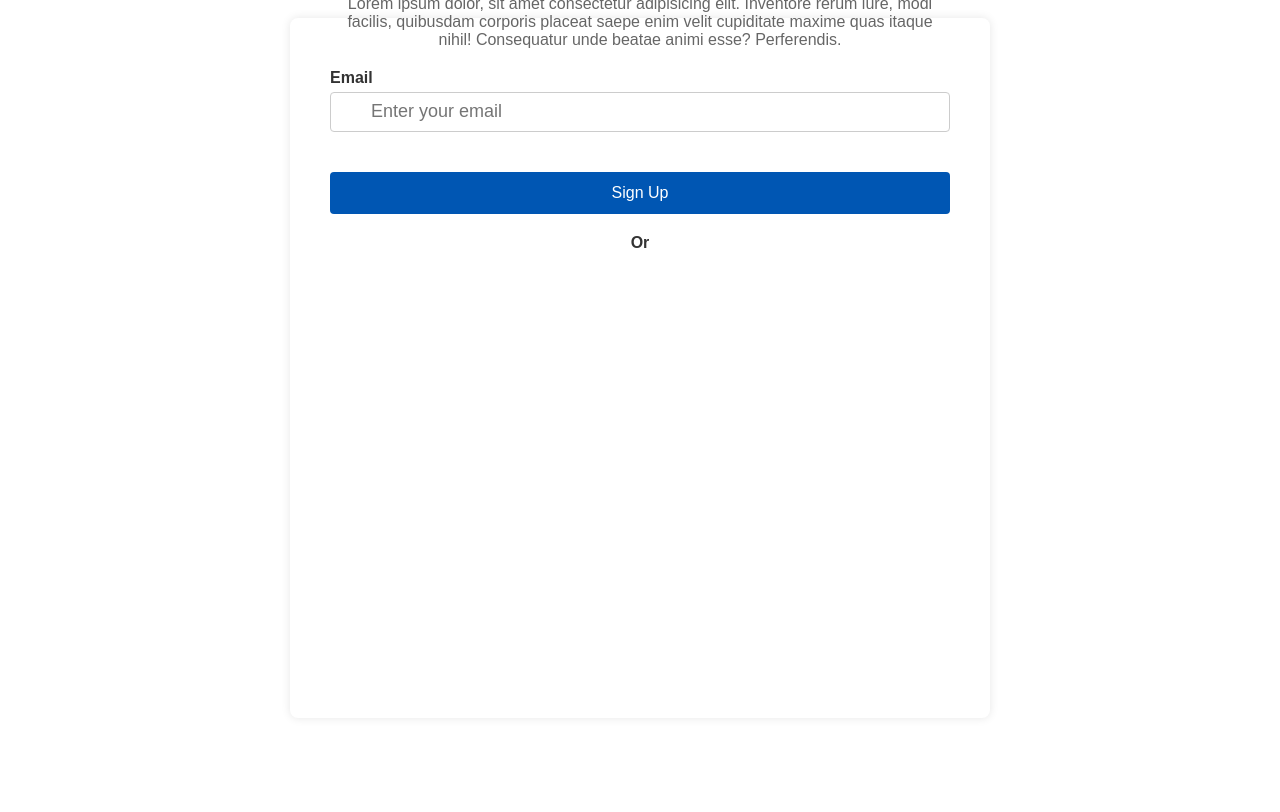
Repository: Femi007-gh/LOGIN-INTERFACE
Page: index.html
These files come from the project's save history. The page is drawn as it stood at one moment and after the next save; the edit follows.
The browser window is 1280 px wide. The pictures show the whole page.

Above is the page before, as saved 2025-01-21 07:57:53.

### index.html
<html>
  <head>
    <title></title>
    <link rel="stylesheet" href="style.css">
  </head>
  <body>
    <div class="container">
      <div class="left-session">
        <div class="form-container">
          <h1>Get Started Today!</h1>
          <p>Lorem ipsum dolor, sit amet consectetur adipisicing elit. Inventore rerum iure, modi facilis, quibusdam corporis placeat saepe enim velit cupiditate maxime quas itaque nihil! Consequatur unde beatae animi esse? Perferendis.</p>
          <form>
            <div class="inter-group">
              <p>Email</p>
              <input type="email" id="email" placeholder="Enter your email" class="email">
            </div>
           <button class="primary-btn" type="submit">
              Sign Up
            </button>
            </form>
            <p class="divider">Or</p>
            <div class="social-buttons">

      </div>
      <div class="right-section"></div>
    </div>
  </body>
</html>

### style.css
body {
  font-family: Arial, sans-serif;
  display: flex;
  justify-content: center;
  align-items: center;
  height: 100vh;
}

.container {
  display: flex;
  width: 700px;
  height: 700px;
  background-color: white;
  border-radius: 8px;
  box-shadow: 0 0 10px rgba(0, 0, 0, 0.1);
}

.left-session {
  flex: 1;
  padding: 40px;
  display: flex;
  flex-direction: column;
  justify-content: center;
}

.form-container {
  text-align: center;
}

h1 {
  font-size: 28px;
  margin-bottom: 20px;
  color: #333;
}

p {
  margin: 10px 0;
  color: #666;
}

.inter-group {
  margin: 20px 0;
  text-align: left;
}

.inter-group p {
  margin-bottom: 5px;
  font-weight: bold;
  color: #333;
}

.input-wrapper {
  position: relative;
}

input[type="email"], input[type="text"] {
  width: 620px;
  height: 40px;
  border: 1px solid #ccc;
  border-radius: 4px;
  margin-bottom: 20px;
  padding-left: 40px;
  font-size: 18px;
}

.email-icon, .app-icon {
  position: absolute;
  left: 10px;
  top: 50%;
  transform: translateY(-50%);
  width: 20px;
  height: 20px;
}

.primary-btn {
  background-color: #0056b3;
  color: white;
  border: none;
  padding: 12px 20px;
  border-radius: 4px;
  cursor: pointer;
  font-size: 16px;
  width: 100%;
  display: flex;
  align-items: center;
  justify-content: center;
  transition: background-color 0.3s ease;
}

.primary-btn:hover {
  background-color: #004494;
}

.primary-btn .message-icon {
  margin-right: 10px;
  width: 20px;
  height: 20px;
}

.divider {
  text-align: center;
  font-weight: bold;
  margin: 20px 0;
  color: #333;
  margin-bottom: 560px;
}

.social-buttons {
  display: flex;
  flex-direction: column;
  gap: 15px;
}

.social-buttons .input-wrapper {
  background-color: transparent;
}

.center-text {
  text-align: center;
  margin-top: 20px;
  color: #333;
}

.center-text a {
  color: #0056b3;
  text-decoration: none;
  font-weight: bold;
}

.center-text a:hover {
  text-decoration: underline;
}

After the next save:
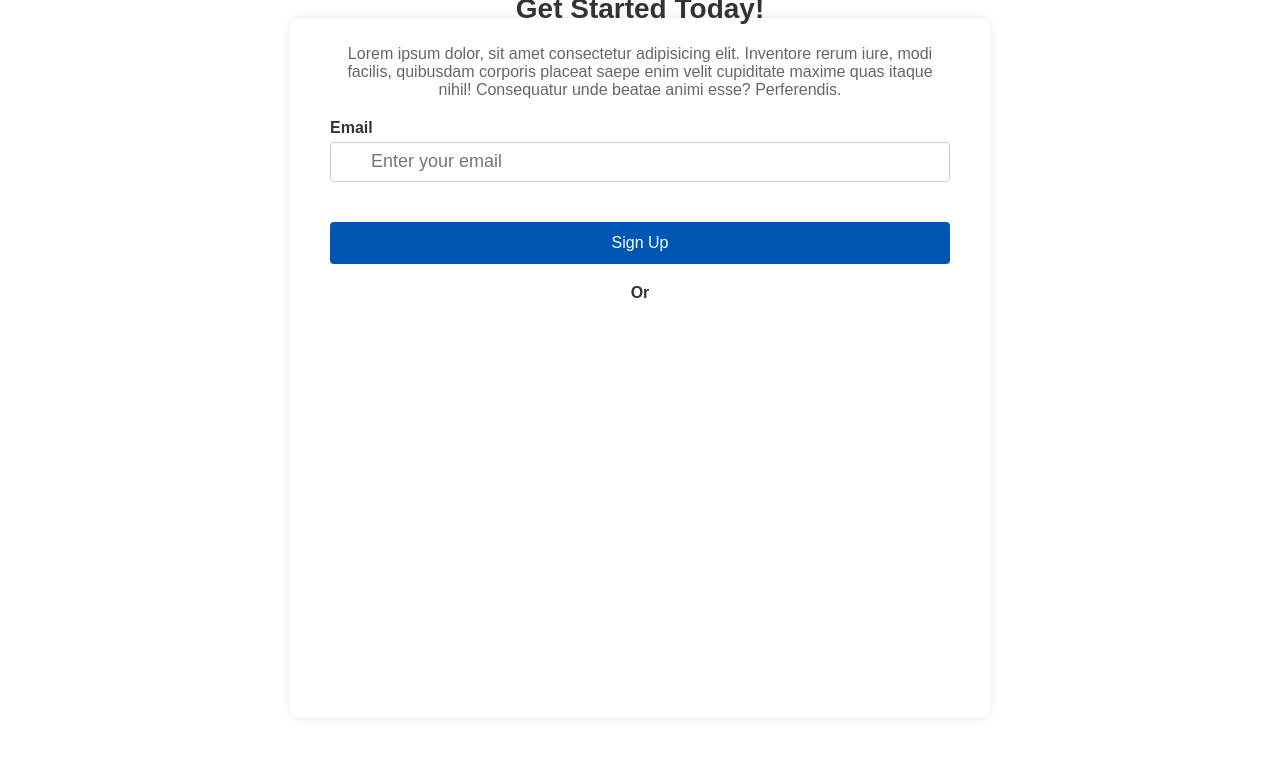
Saved 6 s later.
--- a/style.css
+++ b/style.css
@@ -102,7 +102,7 @@ input[type="email"], input[type="text"] {
   font-weight: bold;
   margin: 20px 0;
   color: #333;
-  margin-bottom: 560px;
+  margin-bottom: 460px;
 }
 
 .social-buttons {
